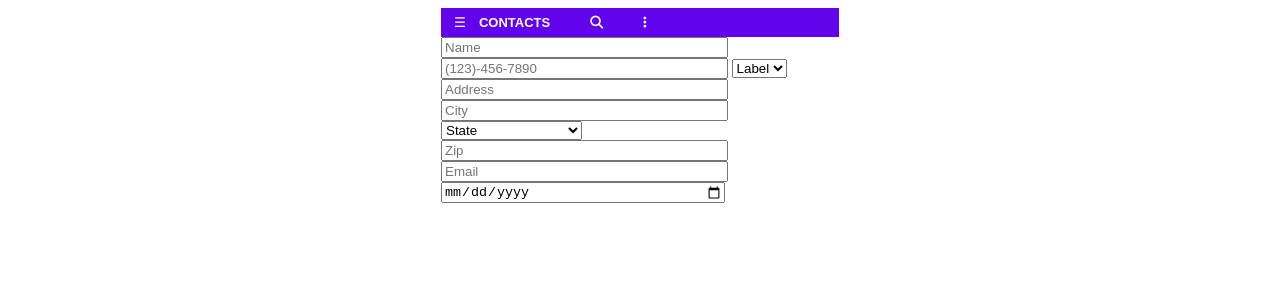
Repository: Sc-Juju/Mobile-Form
Page: index.html
These files come from the project's save history. The page is drawn as it stood at one moment and after the next save; the edit follows.
The browser window is 1280 px wide. The pictures show the whole page.
Some web libraries are served in a nearby version.

Above is the page before, as saved 2022-10-27 17:12:20.

### index.html
<!DOCTYPE html>
<html>
	<head>
		<meta charset="utf-8" />
		<meta http-equiv="X-UA-Compatible" content="IE=edge" />
		<title>Mobile Form</title>
		<meta name="description" content="" />
		<meta name="viewport" content="width=device-width, initial-scale=1" />
		<link rel="stylesheet" href="./style.css" />
		<script
			src="https://kit.fontawesome.com/020fb16134.js"
			crossorigin="anonymous"
		></script>
	</head>
	<body>
		<header>
			<div class="container"></div>
			<div class="nav">
				<ul class="navbar">
					<li class="nav-link">
						<button class="btn">&#9776;</button>
					</li>
					<li class="nav-link">
						<a href="#">Contacts</a>
					</li>
					<li class="nav-link">
						<a href="#">
							<i class="fa-solid fa-magnifying-glass"></i>
						</a>
					</li>
					<li class="nav-link">
						<a href="#">
							<i class="fa-solid fa-ellipsis-vertical"></i>
						</a>
					</li>
				</ul>
			</div>
		</header>
		<form action="">
			<label for="name"></label>
			<input type="text" id="name" name="name" placeholder="Name" /><br />
			<label for="phone"></label>
			<input
				type="tel"
				name="phone"
				id="phone"
				placeholder="(123)-456-7890"
			/>
			<label for="Label"></label>
			<select name="Label" id="Label">
				<option value="" disabled selected hidden>Label</option>
			</select>
			<br />
			<label for="address"></label>
			<input
				type="text"
				placeholder="Address"
				id="address"
				name="address"
			/>
			<br />
			<input type="text" id="city" name="city" placeholder="City" />
			<br />
			<select name="state" id="state">
				<option value="" disabled selected hidden>State</option>
				<option value="AL">Alabama</option>
				<option value="AK">Alaska</option>
				<option value="AZ">Arizona</option>
				<option value="AR">Arkansas</option>
				<option value="CA">California</option>
				<option value="CO">Colorado</option>
				<option value="CT">Connecticut</option>
				<option value="DE">Delaware</option>
				<option value="DC">District Of Columbia</option>
				<option value="FL">Florida</option>
				<option value="GA">Georgia</option>
				<option value="HI">Hawaii</option>
				<option value="ID">Idaho</option>
				<option value="IL">Illinois</option>
				<option value="IN">Indiana</option>
				<option value="IA">Iowa</option>
				<option value="KS">Kansas</option>
				<option value="KY">Kentucky</option>
				<option value="LA">Louisiana</option>
				<option value="ME">Maine</option>
				<option value="MD">Maryland</option>
				<option value="MA">Massachusetts</option>
				<option value="MI">Michigan</option>
				<option value="MN">Minnesota</option>
				<option value="MS">Mississippi</option>
				<option value="MO">Missouri</option>
				<option value="MT">Montana</option>
				<option value="NE">Nebraska</option>
				<option value="NV">Nevada</option>
				<option value="NH">New Hampshire</option>
				<option value="NJ">New Jersey</option>
				<option value="NM">New Mexico</option>
				<option value="NY">New York</option>
				<option value="NC">North Carolina</option>
				<option value="ND">North Dakota</option>
				<option value="OH">Ohio</option>
				<option value="OK">Oklahoma</option>
				<option value="OR">Oregon</option>
				<option value="PA">Pennsylvania</option>
				<option value="RI">Rhode Island</option>
				<option value="SC">South Carolina</option>
				<option value="SD">South Dakota</option>
				<option value="TN">Tennessee</option>
				<option value="TX">Texas</option>
				<option value="UT">Utah</option>
				<option value="VT">Vermont</option>
				<option value="VA">Virginia</option>
				<option value="WA">Washington</option>
				<option value="WV">West Virginia</option>
				<option value="WI">Wisconsin</option>
				<option value="WY">Wyoming</option>
			</select>
			<input
				type="number"
				id="zipcode"
				name="zipcode"
				placeholder="Zip"
			/>
			<br />
			<label for="email"></label>
			<input type="email" name="email" id="email" placeholder="Email" />
			<br />
			<label for="birthday"></label>
			<input type="date" name="birthday" id="birthday" />
		</form>
	</body>
</html>

### style.css
:root{
    --white:#fff;
    --black: #000;
    --header-top:rgba(76,1,208,255);
    --header-bottom:rgba(98,3,238,255);
    --content-box:rgba(232,232,231,255);
    max-width: 414px;
    margin: auto;
}
.btn{
    display: inline-block;
    font-weight: 400;
    color:var(--white);
    text-align: center;
    cursor: pointer;
    user-select: none;
    background-color: transparent;
    border: 1px solid transparent;
    padding: .375rem .75rem;
    transition: ease-in-out .3s;
}
.container{
    margin-left: auto;
    background-color:var(--header-top);
}
ul{
    padding:0;
    margin:0;
    list-style: none;
}

.navbar{
    display: flex;
    align-items: center;
    background-color: var(--header-bottom);
}
.nav-link a{
    color: var(--white);
    font-size: .8125rem;
    font-weight: 600;
    font-family: "Hind", sans-serif;
    text-transform: uppercase;
    margin-right: 2.5rem;
    line-height: 1.25rem;
}
a {text-decoration: none;}
.nav-icon{
    height:30px;
}
input{
    width:70%;
}
#name #address #state #zipcode #birthday{
    color: var(--content-box);
}
input{
    transition: width 0.4s ease-in-out;
  }
input[type=text]:focus {
    width: 70%;
}

After the next save:
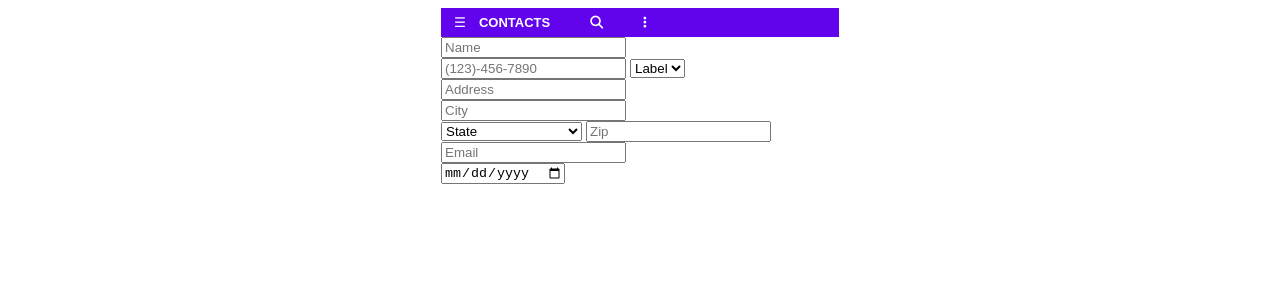
Saved 37 s later.
--- a/style.css
+++ b/style.css
@@ -48,7 +48,7 @@
     height:30px;
 }
 input{
-    width:70%;
+    width:;
 }
 #name #address #state #zipcode #birthday{
     color: var(--content-box);
@@ -56,6 +56,6 @@
 input{
     transition: width 0.4s ease-in-out;
   }
-input[type=text]:focus {
+input:focus {
     width: 70%;
 }

After the save that followed:
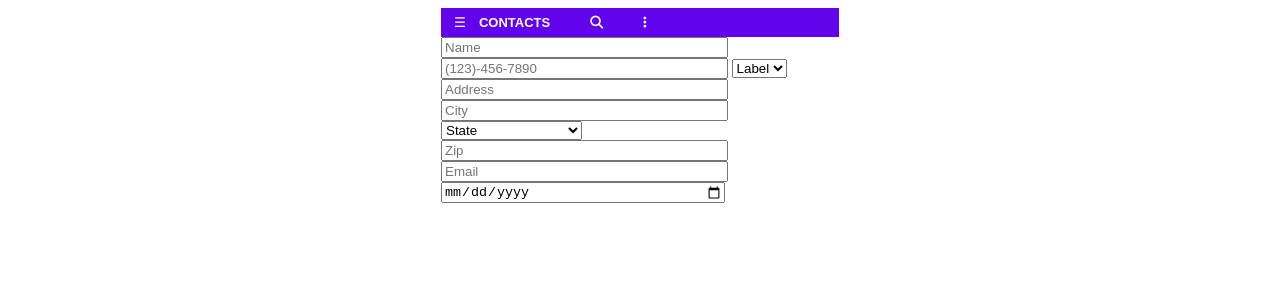
Saved 70 s later.
--- a/style.css
+++ b/style.css
@@ -48,14 +48,5 @@
     height:30px;
 }
 input{
-    width:;
+    width:70%;
 }
-#name #address #state #zipcode #birthday{
-    color: var(--content-box);
-}
-input{
-    transition: width 0.4s ease-in-out;
-  }
-input:focus {
-    width: 70%;
-}
